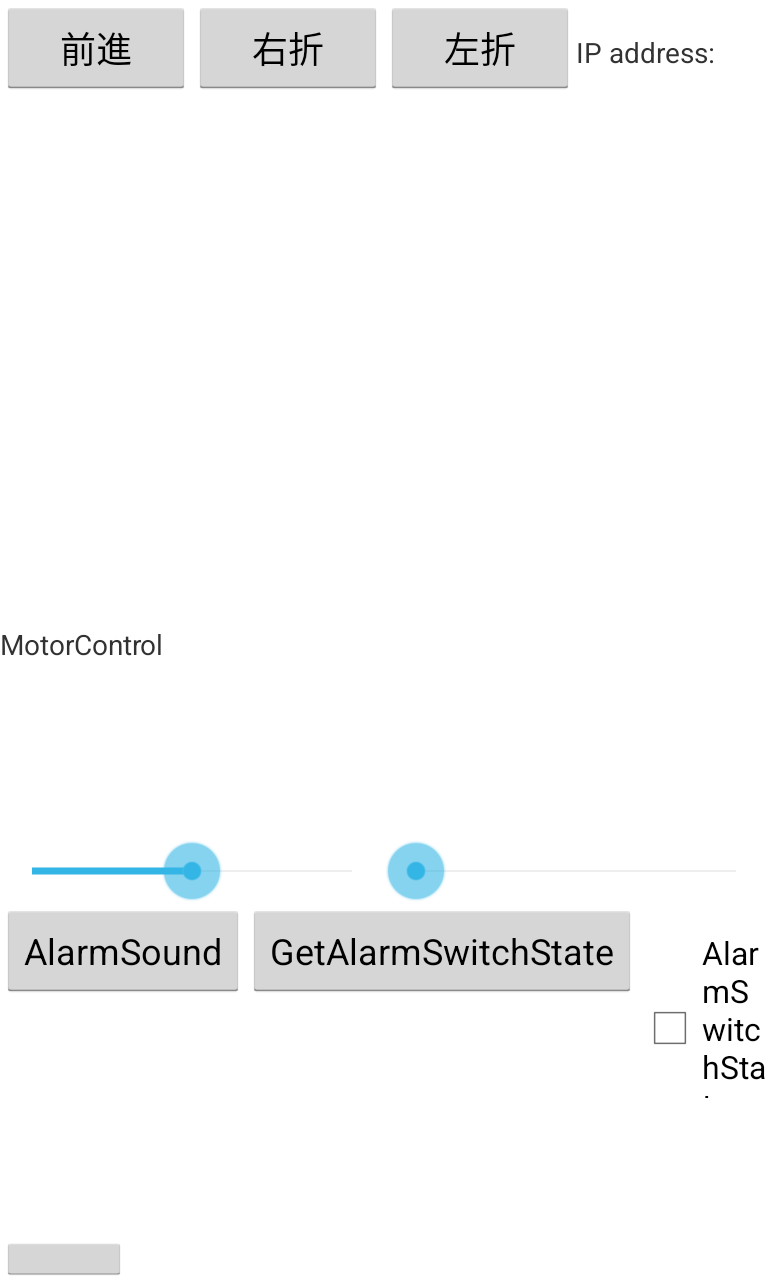
Repository: takugoto/2WD-car
Layout: workspace/SS2012FPGAtest/res/layout/activity_main.xml
An editor plug-in stored every save of this project. The layout is shown before and after the next save, followed by the edit.
It is drawn on a 768 x 1280 px phone screen (xhdpi) without system bars, with theme AppTheme; the app's code is not run.

Above is the layout before, as saved 2013-01-17 07:14:39.

After the next save:
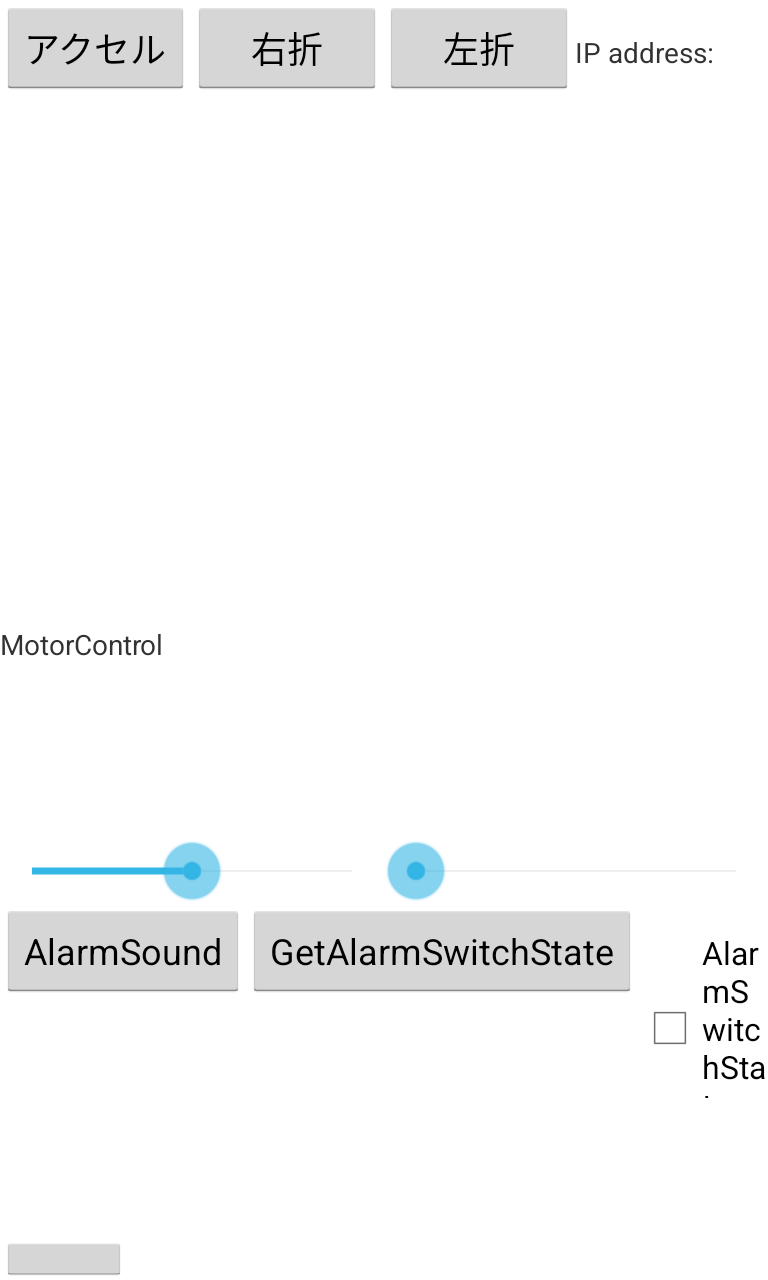
Saved 3 min 39 s later.
--- a/workspace/SS2012FPGAtest/res/layout/activity_main.xml
+++ b/workspace/SS2012FPGAtest/res/layout/activity_main.xml
@@ -14,7 +14,7 @@
             android:id="@+id/button3"
             android:layout_width="wrap_content"
             android:layout_height="wrap_content"
-            android:text="　前進　" />
+            android:text="アクセル" />
 
         <Button
             android:id="@+id/button1"
